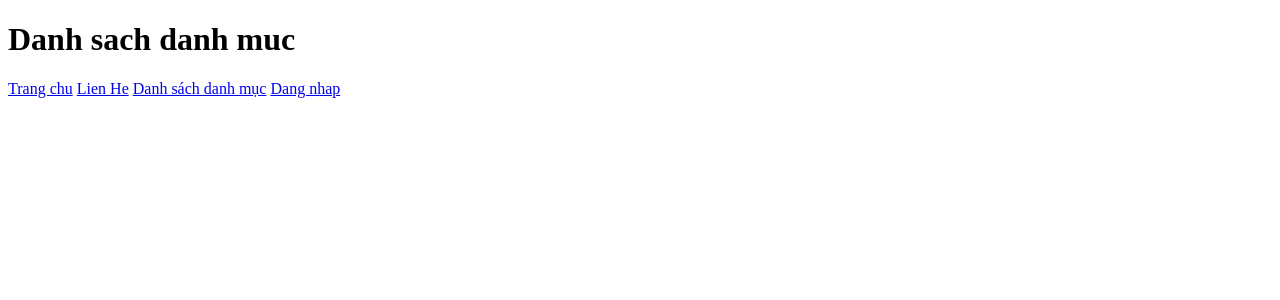
Repository: iamwind-dev/PHP
Page: http://localhost/tuan3/danhsachdanhmuc.php
The author's editor kept a copy of each file at every save. The page is drawn from the files as they stood at one save, then again after the next save.
The browser window is 1280 px wide. The pictures show the whole page.
The page is run by PHP 8.4 with error messages shown; the project is at /var/www/html/. Queries for data that is not in the repository find no rows.

Above is the page before, as saved 2023-09-22 15:55:54.

After the next save:
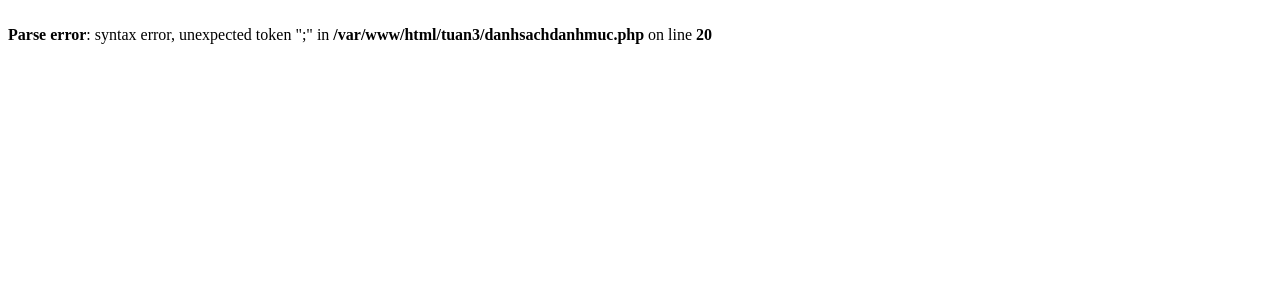
Saved 5 s later.
--- a/tuan3/danhsachdanhmuc.php
+++ b/tuan3/danhsachdanhmuc.php
@@ -17,7 +17,7 @@
     $kq=mysqli_query($conn,$sql);
     while ($row=mysqli_fetch_array($kq)){
         echo $row['id'];
-        echo $row['tendanhmuc'].'<a href="danhsachsanpham.php?iddm='.row['id'];
+        echo $row['tendanhmuc'].'<a href="danhsachsanpham.php?iddm='.row['id'].;
         echo '<hr>';
     }
 ?>
